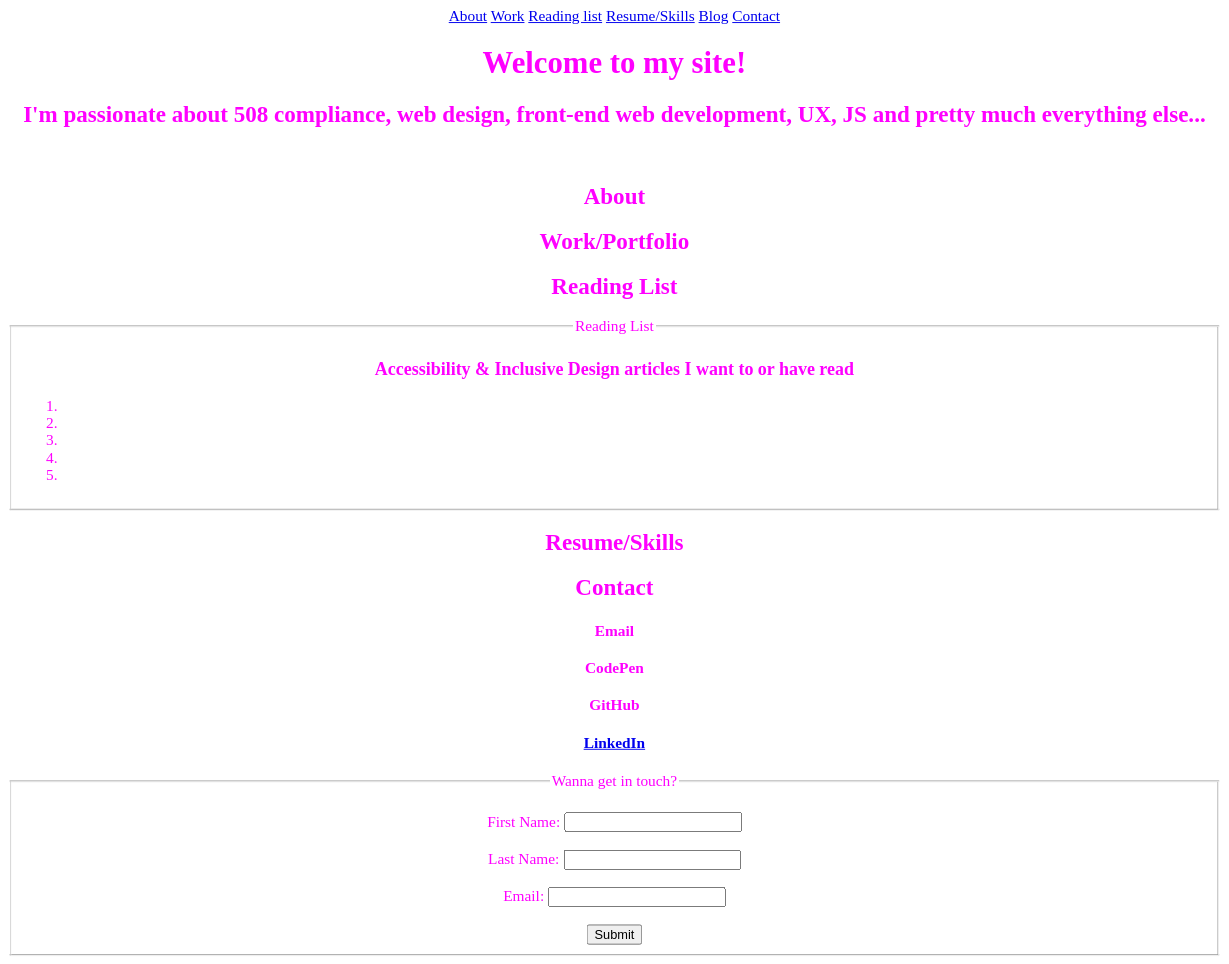
Repository: jasvr/jasvr.io
Page: index.html
An editor plug-in stored every save of this project. The page is shown before and after the next save, followed by the edit.
The browser window is 1280 px wide. The pictures show the whole page, at 96% of full size.

Above is the page before, as saved 2020-01-20 13:45:44.

After the next save:
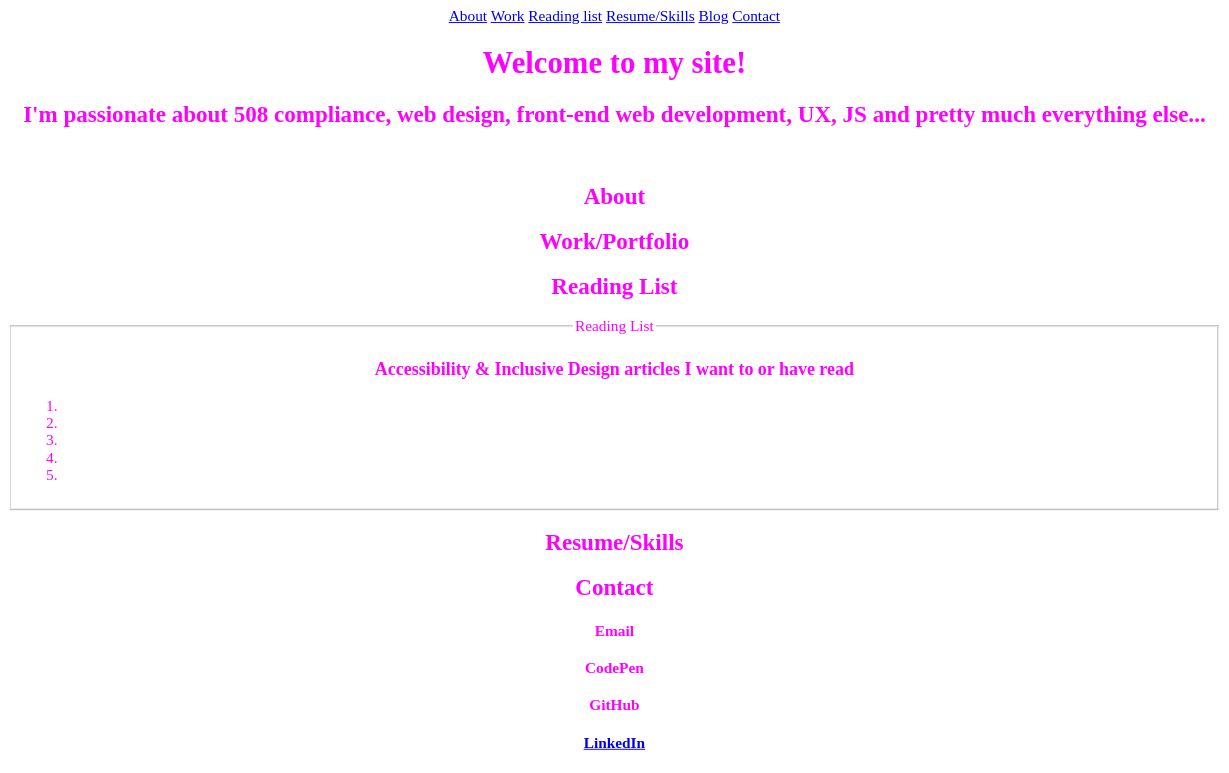
Saved 18 s later.
--- a/index.html
+++ b/index.html
@@ -48,29 +48,7 @@
 
 
 
-    <fieldset>
-        <legend>Wanna get in touch?</legend>
-        <div>
-            <br>
-            <label for="firstname">First Name: </label>
-            <input type="text" name="firstname" />
-        </div>
-        <div>
-            <br>
-            <label for="lastname">Last Name: </label>
-            <input type="text" name="lastname" />
-        </div>
-        <div>
-            <br>
-            <label for="email">Email: </label>
-            <input type="text" name="email" />
 
-        </div>
-        <div>
-            <br>
-            <input type="submit" value="Submit">
-        </div>
-    </fieldset>
 </body>
 
 </html>
